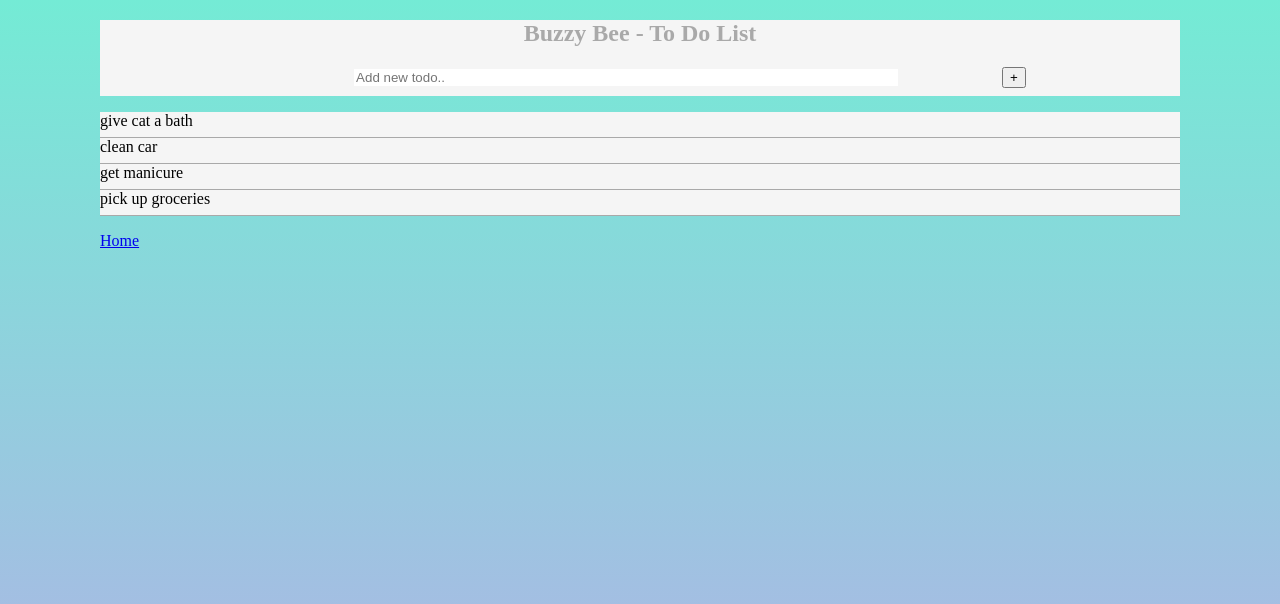
Repository: seleniadelgado/backend-spring2020-angie
Page: projects/todo/public_html/index.html
The author's editor kept a copy of each file at every save. The page is drawn from the files as they stood at one save, then again after the next save.
The browser window is 1280 px wide. The pictures show the whole page.
The page's requests for data from a server got no answer.

Above is the page before, as saved 2020-05-12 16:22:47.

### projects/todo/public_html/index.html
<!DOCTYPE html>

<html lang="en">
    <head>
        <meta charset="utf-8">
        <title>Buzzy Bee - To Do List</title>
        <meta name="description" content="The HTML5 Herald">
        <meta name="author" content="SitePoint">
        <link rel="stylesheet" href="styles.css">
        <script
            src="https://code.jquery.com/jquery-3.5.0.min.js"
            integrity="sha256-xNzN2a4ltkB44Mc/Jz3pT4iU1cmeR0FkXs4pru/JxaQ="
            crossorigin="anonymous">
        </script>
</head>
<body>
    <div class="sectionTitle">
        <div class="appTitle">
            <h2>Buzzy Bee - To Do List</h2>
        </div>
        <div id="addNote">
            <input type="text" id="newNote" placeholder="Add new todo..">
            <button class="addBtn">+</button>
        </div>
    </div>

    <ul id="myList">
        <li>give cat a bath</li>
        <li>clean car</li>
        <li>get manicure</li>
        <li>pick up groceries</li>
    </ul>





















    <a href="http://localhost:3000/">Home</a>



    <script>
        $(document).ready(() => {
            let objectToSend = {
                note: "Do somethings",
                author: "Nick"
            }

            $.post("http://localhost:3000/newNote", objectToSend, (dataToGet) => {
                console.log(dataToGet);
            });
            $.post("http://localhost:3000/readNotes", {}, (dataToGet) => {
                let allNotesArray = dataToGet.notes;

                console.log(allNotesArray);
            })
        })

        //import the data from default user
        // make JSON into JS with parse.
        //with the list we want to populate our ul.
        //use jquery to access the dom, grab the string
        //loop over notes
        //add the note as an li to the ul
        //  Create li with jquery.
        //  target the ul with jquery and append the li.
        //note: $('<li></li>'')
        //      $('ul') -> a jquery list which holds the ul.
        //      get 1st element from the array

    </script>
</body>
</html>

### projects/todo/public_html/styles.css
html {
    background: linear-gradient(#74ebd5, #ACB6E5);
    height: 100%;

}
body {
    margin: 0px 100px 75px 100px;
}

.sectionTitle {
    background-color: whitesmoke;
    text-align: center;
}

.appTitle {
    color: darkgray;
}
#addNote #newNote {
    border: none;
    margin: 0px 100px 10px 100px;
    width: 50%;
}
#myList {
    list-style: none;
    padding: 0;

}
#myList li {
    height: 25px;
    border-bottom: 1px solid darkgray;
    background-color: whitesmoke;
}

After the next save:
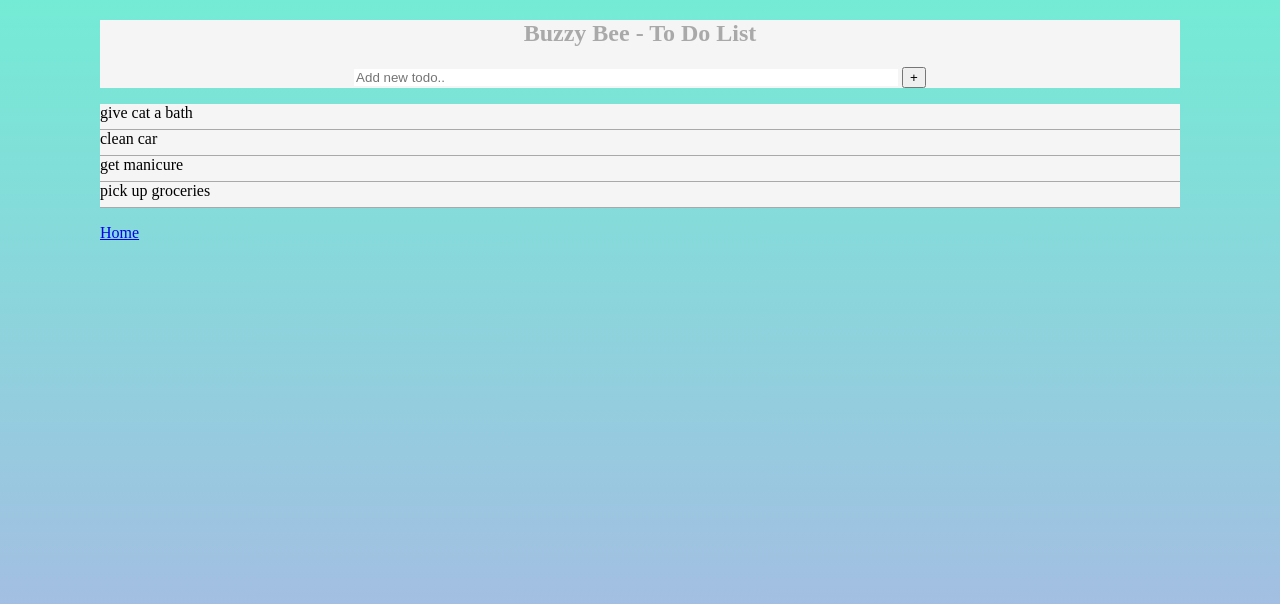
Saved 21 s later.
--- a/projects/todo/public_html/styles.css
+++ b/projects/todo/public_html/styles.css
@@ -17,7 +17,7 @@ body {
 }
 #addNote #newNote {
     border: none;
-    margin: 0px 100px 10px 100px;
+    margin-left: 0;
     width: 50%;
 }
 #myList {
